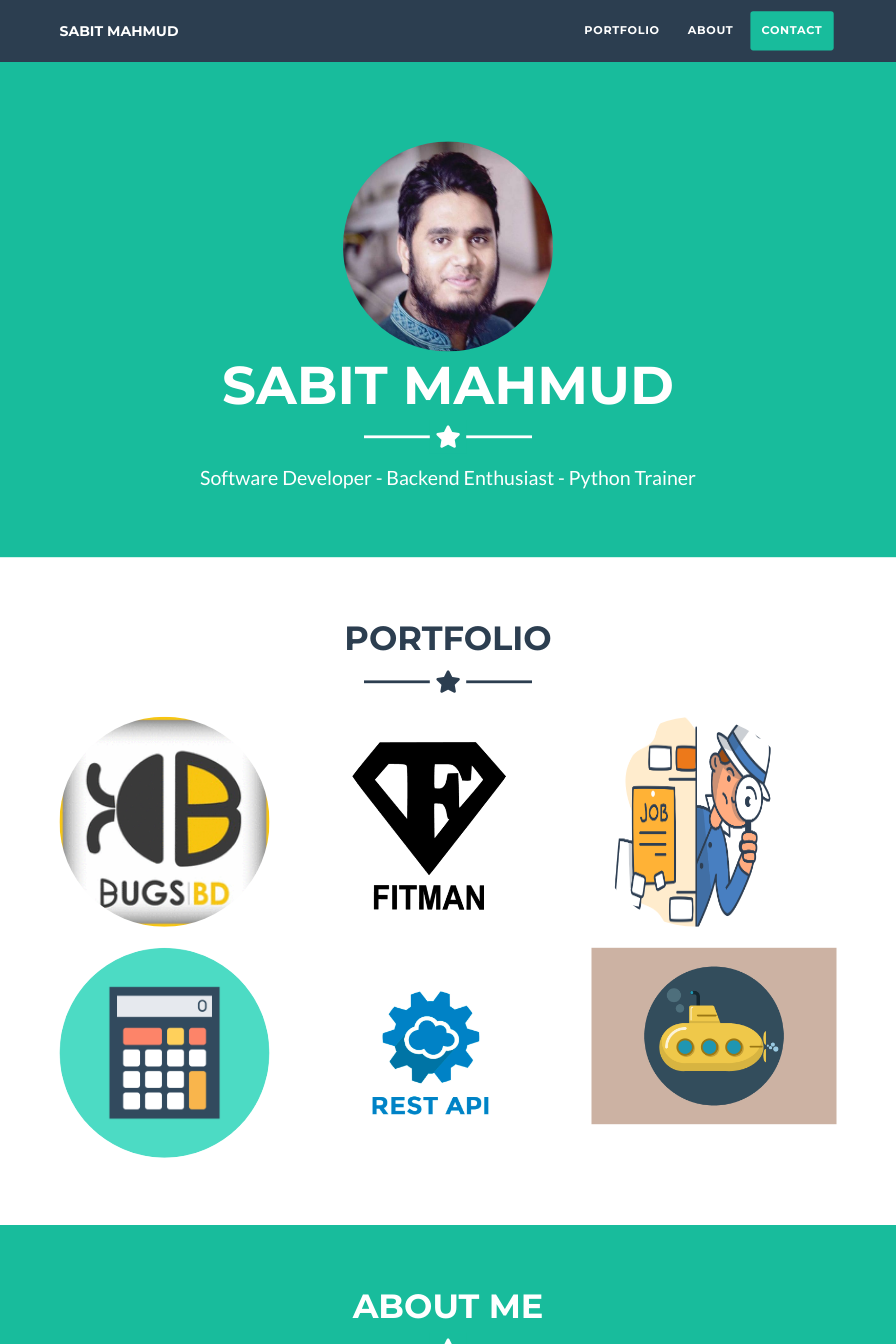
Repository: SabitDeepto/portfolio
Page: index.html
These files come from the project's save history. The page is drawn as it stood at one moment and after the next save; the edit follows.
The browser window is 1280 px wide. The pictures show the part of the page from y = 0 to 1920 px (the page is 3522 px tall), at 70% of full size.

Above is the page before, as saved 2019-04-05 11:01:55.

After the next save:
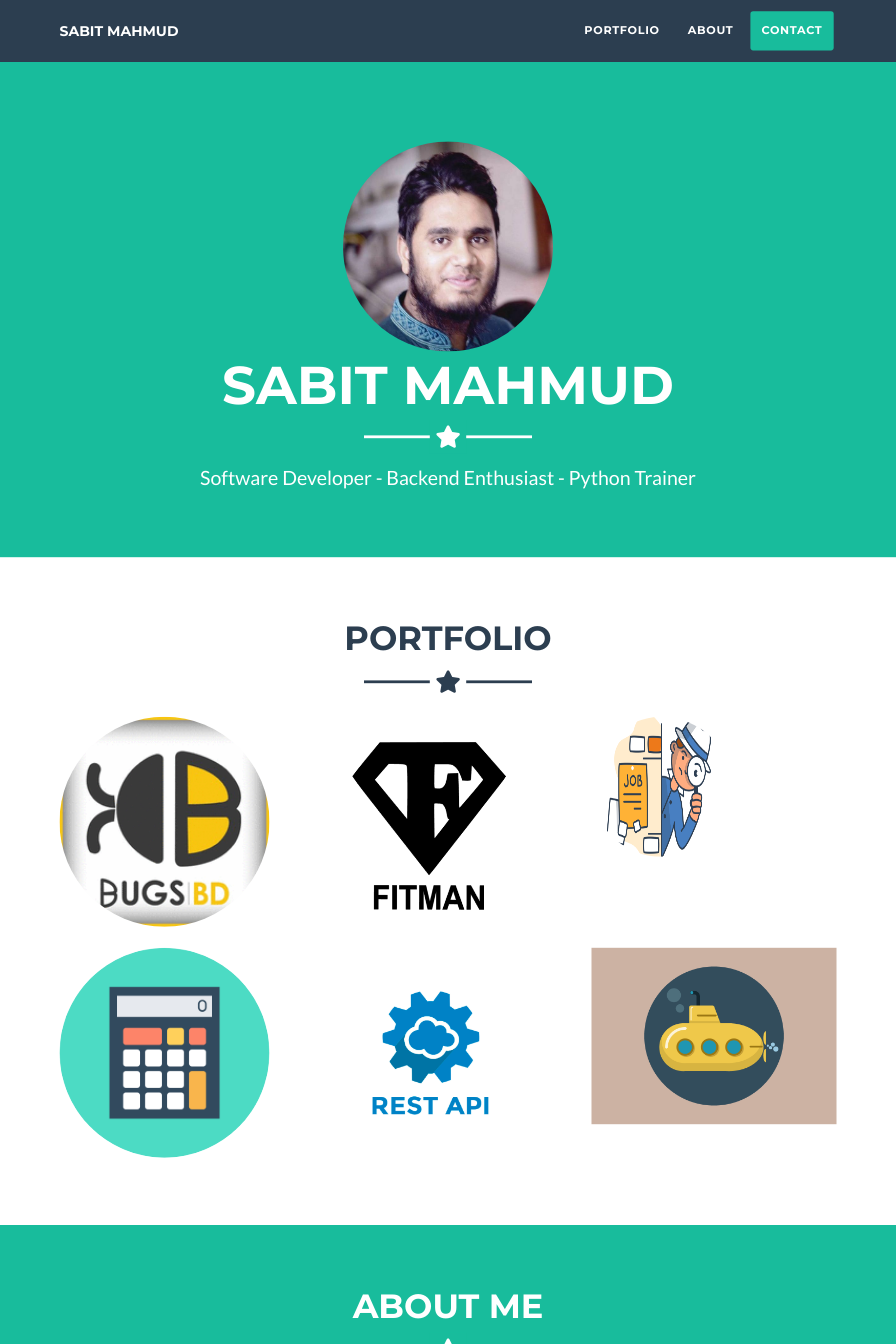
Saved 6 s later.
--- a/index.html
+++ b/index.html
@@ -95,7 +95,7 @@
                 <i class="fas fa-search-plus fa-3x"></i>
               </div>
             </div>
-            <img class="rounded-circle" src="img/portfolio/3.png" height="300px" width="300px" alt="">
+            <img class="rounded-circle" src="img/portfolio/3.png" height="200px" width="200px" alt="">
           </a>
         </div>
         <div class="col-md-6 col-lg-4">

After the save that followed:
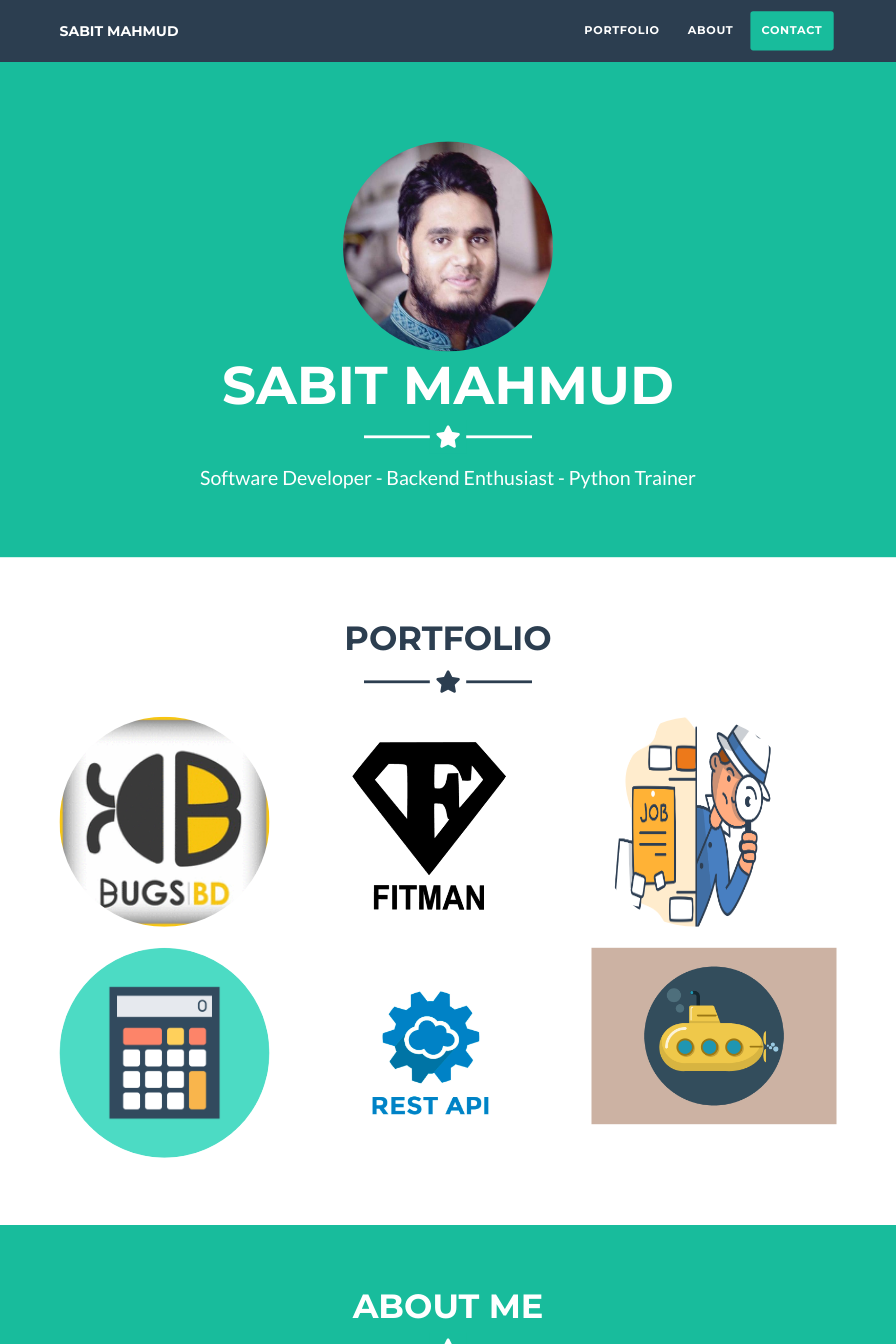
Saved 12 s later.
--- a/index.html
+++ b/index.html
@@ -95,7 +95,7 @@
                 <i class="fas fa-search-plus fa-3x"></i>
               </div>
             </div>
-            <img class="rounded-circle" src="img/portfolio/3.png" height="200px" width="200px" alt="">
+            <img class="rounded-circle" src="img/portfolio/3.png" height="300px" width="300px" alt="">
           </a>
         </div>
         <div class="col-md-6 col-lg-4">
